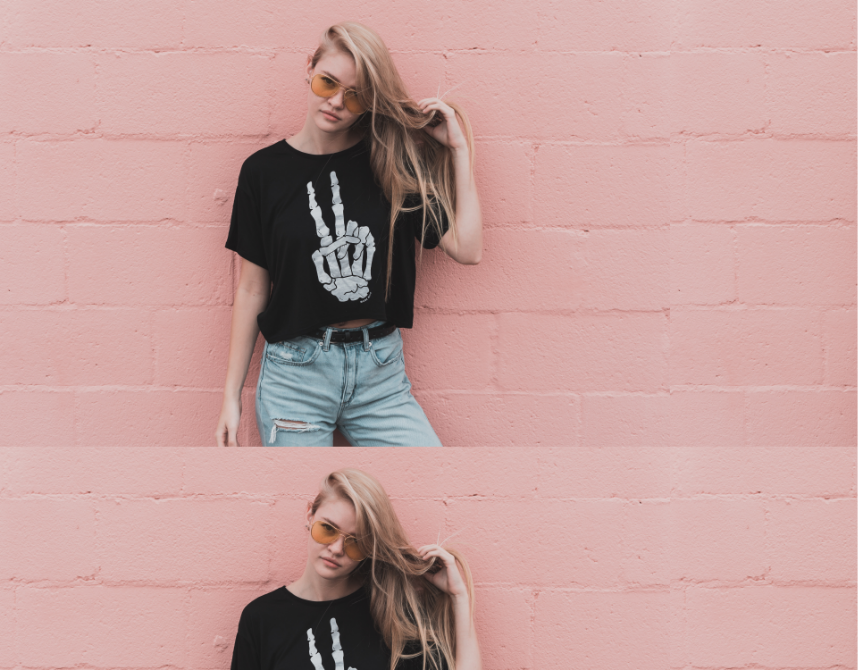
Repository: LeHieuSP/Baitapthukinh_LTH_FE70
Page: /
An editor plug-in stored every save of this project. The page is shown before and after the next save, followed by the edit.
The browser window is 1280 px wide. The pictures show the whole page, at 67% of full size.
The project was rebuilt for these pictures with package versions that can differ from the ones it lists, and the page was loaded fresh each time. Also part of the build but not shown: src/index.css, src/App.css, src/redux/actions/BaiTapDatVeAction.js, src/BaiTapRedux/BaiTapBookingTicket/ThongTinDatGhe.js, src/BaiTapRedux/BaiTapBookingTicket/HangGhe.js, src/BaiTapRedux/BaiTapBookingTicket/BaiTapBookingTicket.js.

Above is the page before, as saved 2022-03-09 16:19:46.

### public/index.html
<!DOCTYPE html>
<html lang="en">
  <head>
    <meta charset="utf-8" />
    <link rel="icon" href="%PUBLIC_URL%/favicon.ico" />
    <meta name="viewport" content="width=device-width, initial-scale=1" />
    <meta name="theme-color" content="#000000" />
    <meta
      name="description"
      content="Web site created using create-react-app"
    />
    <link rel="apple-touch-icon" href="%PUBLIC_URL%/logo192.png" />
    <!--
      manifest.json provides metadata used when your web app is installed on a
      user's mobile device or desktop. See https://developers.google.com/web/fundamentals/web-app-manifest/
    -->
    <link rel="manifest" href="%PUBLIC_URL%/manifest.json" />
    <!--
      Notice the use of %PUBLIC_URL% in the tags above.
      It will be replaced with the URL of the `public` folder during the build.
      Only files inside the `public` folder can be referenced from the HTML.

      Unlike "/favicon.ico" or "favicon.ico", "%PUBLIC_URL%/favicon.ico" will
      work correctly both with client-side routing and a non-root public URL.
      Learn how to configure a non-root public URL by running `npm run build`.
    -->
    <link rel="stylesheet" href="https://stackpath.bootstrapcdn.com/bootstrap/4.3.1/css/bootstrap.min.css" integrity="sha384-ggOyR0iXCbMQv3Xipma34MD+dH/1fQ784/j6cY/iJTQUOhcWr7x9JvoRxT2MZw1T" crossorigin="anonymous">

    <title>React App</title>
  </head>
  <body>
    <noscript>You need to enable JavaScript to run this app.</noscript>
    <div id="root"></div>
    <!--
      This HTML file is a template.
      If you open it directly in the browser, you will see an empty page.

      You can add webfonts, meta tags, or analytics to this file.
      The build step will place the bundled scripts into the <body> tag.

      To begin the development, run `npm start` or `yarn start`.
      To create a production bundle, use `npm run build` or `yarn build`.
    -->
    <script src="https://code.jquery.com/jquery-3.3.1.slim.min.js" integrity="sha384-q8i/X+965DzO0rT7abK41JStQIAqVgRVzpbzo5smXKp4YfRvH+8abtTE1Pi6jizo" crossorigin="anonymous"></script>
    <script src="https://cdnjs.cloudflare.com/ajax/libs/popper.js/1.14.7/umd/popper.min.js" integrity="sha384-UO2eT0CpHqdSJQ6hJty5KVphtPhzWj9WO1clHTMGa3JDZwrnQq4sF86dIHNDz0W1" crossorigin="anonymous"></script>
    <script src="https://stackpath.bootstrapcdn.com/bootstrap/4.3.1/js/bootstrap.min.js" integrity="sha384-JjSmVgyd0p3pXB1rRibZUAYoIIy6OrQ6VrjIEaFf/nJGzIxFDsf4x0xIM+B07jRM" crossorigin="anonymous"></script>




  </body>
</html>

### src/index.js
import React from 'react';
import ReactDOM from 'react-dom';
import './index.css';
import App from './App';
import reportWebVitals from './reportWebVitals';

import {Provider} from 'react-redux';
import {createStore} from 'redux';
import {rootReducer} from './redux/reducer/rootReducer';

const store = createStore(rootReducer);

ReactDOM.render(
  <Provider store={store}>

    <App />

  </Provider>,
  document.getElementById('root')
);

// If you want to start measuring performance in your app, pass a function
// to log results (for example: reportWebVitals(console.log))
// or send to an analytics endpoint. Learn more: https://bit.ly/CRA-vitals
reportWebVitals();

### src/App.js

import { Component } from 'react';
import './App.css';
import BaiTapBookingTicket from './BaiTapRedux/BaiTapBookingTicket/BaiTapBookingTicket';
import BaiTapThuKinh from './BaiTapThuKinh/BaiTapThuKinh';

export default class App extends Component {
  render() {
    return (
      <div>
        {/* <BaiTapBookingTicket /> */}
        <BaiTapThuKinh />
      </div>
    )
  }
}

### src/redux/reducer/rootReducer.js
import { combineReducers } from "redux";

//import (combineReducers)
import BaiTapDatVeReducer from './BaiTapDatVeReducer';
export const rootReducer = combineReducers ({
     BaiTapDatVeReducer, // state bài tập đặt vé
})


//export default rootReducer ;

### src/BaiTapThuKinh/BaiTapThuKinh.js
import React, { Component } from 'react'

export default class BaiTapThuKinh extends Component {
  render() {
    return (
      <div style={{backgroundImage:'url(./glassesImage/bg.jpg)',backgroundSize:'1000px',minHeight:'1000px'}}>

      </div>
    )
  }
}

### src/redux/reducer/BaiTapDatVeReducer.js
import { DAT_GHE, HUY_GHE } from "../types/BaiTapDatVeType";

const stateDefault = {
  danhSachGheDangDat: [

  ],
};

const BaiTapDatVeReducer = (state = stateDefault, action) => {
  switch (action.type) {
    case DAT_GHE: {
      let danhSachGheDangDatUpdate = [...state.danhSachGheDangDat];
      let index = danhSachGheDangDatUpdate.findIndex(
        (gheDangDat) => gheDangDat.soGhe === action.ghe.soGhe
      );
      if (index !== -1) {//khi người dùng click ghế đang đặt đã có trong mảng => remove đi
        danhSachGheDangDatUpdate.splice(index, 1);
      } else {//khi người dùng click ghế đang đặt chưa có trong mảng => push vào
          danhSachGheDangDatUpdate.push(action.ghe)
      }
      // cập nhật lại state => giao diện render lại
      state.danhSachGheDangDat = danhSachGheDangDatUpdate;

      return { ...state };
    }
    case HUY_GHE : {
      let danhSachGheDangDatUpdate = [...state.danhSachGheDangDat];
      let index = danhSachGheDangDatUpdate.findIndex(
        (gheDangDat) => gheDangDat.soGhe === action.soGhe
      );
      if (index !== -1) {//khi người dùng click ghế đang đặt đã có trong mảng => remove đi
        danhSachGheDangDatUpdate.splice(index, 1);
      }
      state.danhSachGheDangDat = danhSachGheDangDatUpdate;
      return {...state};
    }
    default:
      return { ...state };
  }
};

export default BaiTapDatVeReducer;

### src/BaiTapRedux/BaiTapBookingTicket/BaiTapBookingTicket.css
@font-face {
  font-family: "fontGame";
  src: url("/src/./font/Pony.ttf");
}

.bookingMovie {
  font-family: "fontGame";
}

.ghe {
  border: 3px solid orange;
  width: 45px;
  height: 35px;
  font-size: 12px;
  margin-left: 2%;
  margin-bottom: 1%;
  border-radius: 5px;
}

.rowNumber {
  /* font-size: 25px; */
  width: 45px;
  height: 35px;
  background: none;
  border: none;
  margin-left: 2%;
  margin-bottom: 1%;
  font-size: 30px;
  color: yellow;
}
.firstChar {
  color: yellow;
  font-size: 35px;
  margin-right: 15px;
}

.screen {
  border-bottom: 50px solid rgb(255, 159, 95);
  border-left: 50px solid transparent;
  border-right: 50px solid transparent;
  height: 100;
  width: 80%;
  filter: drop-shadow(4px 30px 20px rgba(255, 255, 255, 0.5));
  font-size: 25px;
  color: #fff;
}

.gheDuocChon {
  border: 3px solid orange;

  background: orange;
  color: #000;

  cursor: no-drop !important;
  border-radius: 5px;
  width: 45px;
  height: 35px;
}

.gheDangChon {
  background: rgb(109, 238, 109);
  border: 3px solid rgb(109, 238, 109);
  color: #000;

  cursor: pointer;
  border-radius: 5px;
  width: 45px;
  height: 35px;
}

### src/redux/types/BaiTapDatVeType.js
export const DAT_GHE = 'DAT_GHE';
export const HUY_GHE = 'HUY_GHE';

Loaded but not shown: src/reportWebVitals.js (common file)

After the next save:
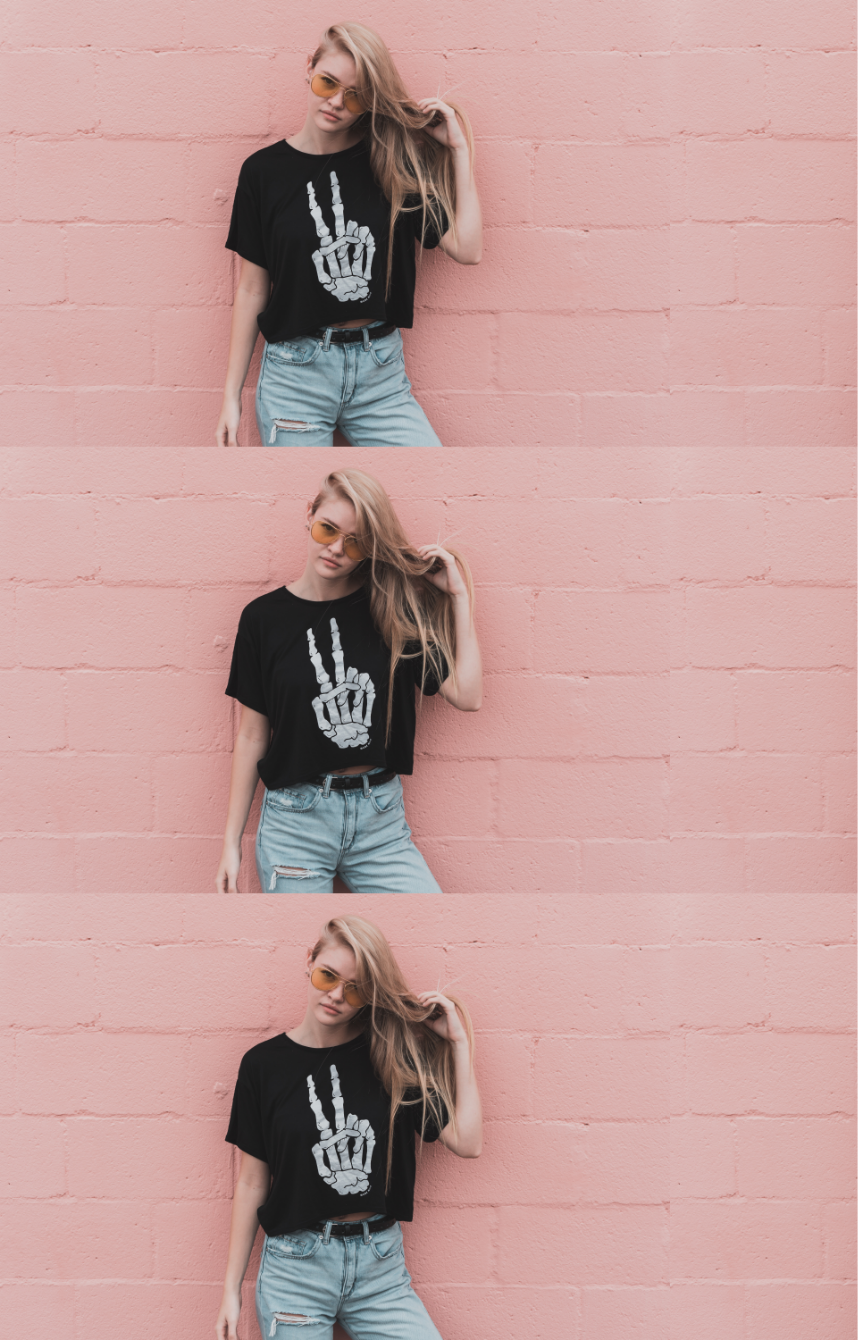
Saved 15 s later.
--- a/src/BaiTapThuKinh/BaiTapThuKinh.js
+++ b/src/BaiTapThuKinh/BaiTapThuKinh.js
@@ -3,7 +3,7 @@
 export default class BaiTapThuKinh extends Component {
   render() {
     return (
-      <div style={{backgroundImage:'url(./glassesImage/bg.jpg)',backgroundSize:'1000px',minHeight:'1000px'}}>
+      <div style={{backgroundImage:'url(./glassesImage/bg.jpg)',backgroundSize:'1000px',minHeight:'2000px'}}>
 
       </div>
     )
